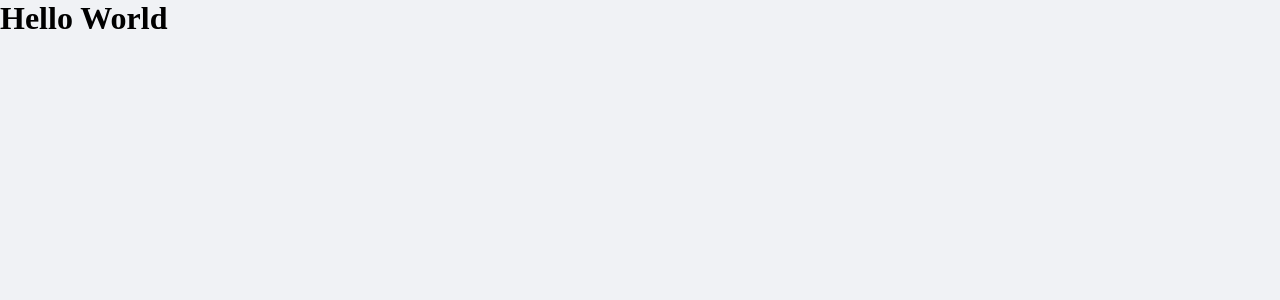
Repository: crbveiga/React
Page: / (app in RocketSeat/dtmoney/)
The author's editor kept a copy of each file at every save. The page is drawn from the files as they stood at one save, then again after the next save.
The browser window is 1280 px wide. The pictures show the whole page.
The project was rebuilt for these pictures with package versions that can differ from the ones it lists, and the page was loaded fresh each time.

Above is the page before, as saved 2021-12-06 02:14:04.

### RocketSeat/dtmoney/public/index.html
<!DOCTYPE html>
<html lang="en">
<head>
    <link rel="preconnect" href="https://fonts.gstatic.com" crossorigin>
    <link rel="preconnect" href="https://fonts.googleapis.com">


    <meta charset="UTF-8">
    <meta name="viewport" content="width=device-width, initial-scale=1.0">


<link rel="shortcut icon" href="favicon.png" type="image/png">

    <title>DT MONEY</title>


<link href="https://fonts.googleapis.com/css2?family=Poppins:wght@400;600&display=swap" rel="stylesheet">



</head>
<body>
    <div id="root">

    </div>


</body>
</html>

### RocketSeat/dtmoney/src/App.tsx
import { GlobalStyle } from "./styles/global";

export function App() {
  return (
    <div className="App">
      <h1> Hello World </h1>
      <GlobalStyle />
    </div>
  );
}

### RocketSeat/dtmoney/src/styles/global.ts
import { createGlobalStyle } from 'styled-components'

export const GlobalStyle = createGlobalStyle`
:root {
    --background: #f0f2f5;
    --red: #e52e4d;
    --blue: #5429cc;

    --blue-light: #6933ff;
    --text-title: #363f5f;

    --text-title: #969cb3;

    --background: #f0f2f5;
    --shape: #ffffff;
}

* {
    margin: 0;
    padding: 0;
    box-sizing: border-box;
}

// font-size: 16px(Desktop)

html {
    @media (max-width: 1080px) {
        font-size: 93.75%; //15px
    }

    @media (max-width: 720px) {
        font-size: 87.5%; //14px
    }
}


body {
        background: var(--background);
        -webkit-font-smoothing: antialiased;
    }


button {
    cursor: pointer;
}

[disabled] {
    opacity: 0.6;
    cursor: not-allowed;
}
`

Loaded but not shown: RocketSeat/dtmoney/src/index.tsx (common file)

After the next save:
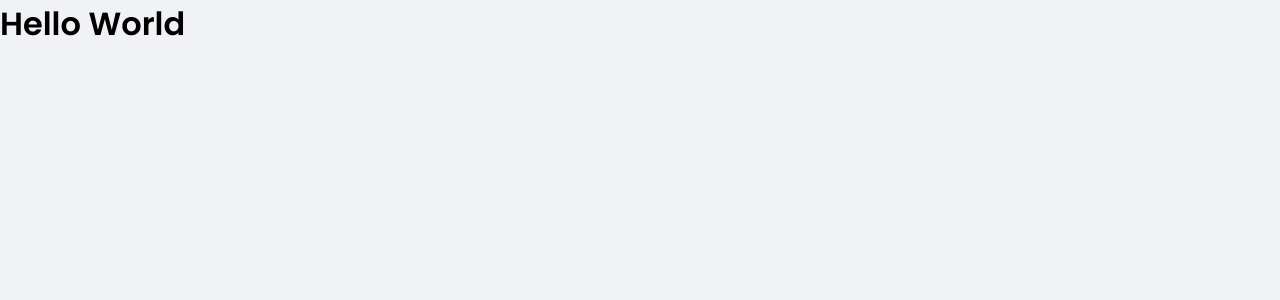
Saved 2 min 14 s later.
--- a/RocketSeat/dtmoney/src/styles/global.ts
+++ b/RocketSeat/dtmoney/src/styles/global.ts
@@ -39,6 +39,10 @@ body {
         -webkit-font-smoothing: antialiased;
     }
 
+body, input, textarea, button {
+    font-family: 'Poppins', sans-serif;
+    font-weight: 400;
+}
 
 button {
     cursor: pointer;
